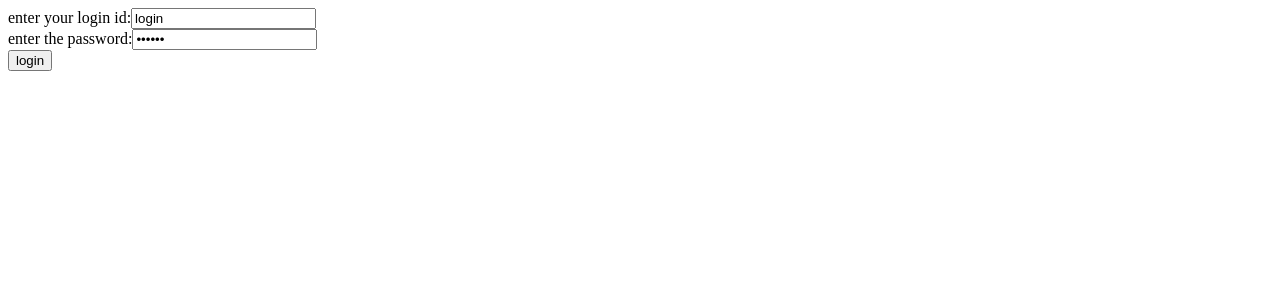
Repository: venkatasuryarameshbabu/palmetopractice
Page: webproject/WebContent/index.html
These files come from the project's save history. The page is drawn as it stood at one moment and after the next save; the edit follows.
The browser window is 1280 px wide. The pictures show the whole page.

Above is the page before, as saved 2020-02-05 12:27:13.

After the next save:
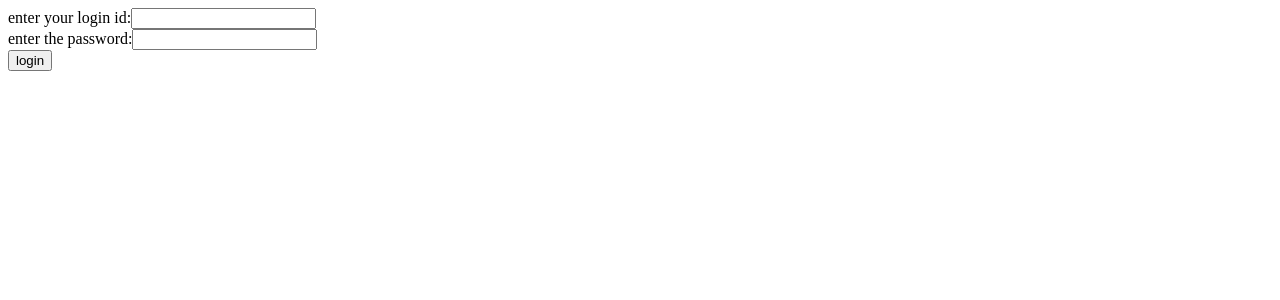
Saved 47 s later.
--- a/webproject/WebContent/index.html
+++ b/webproject/WebContent/index.html
@@ -6,8 +6,8 @@
 </head>
 <body>
 <form action="http://localhost:8081/webproject/loginservlet">
-enter your login id:<input type="text" value="login"></br>
-enter the password:<input type="password" value="psswrd"></br>
+enter your login id:<input type="text" name="login"></br>
+enter the password:<input type="password" name="psswrd"></br>
 <input type="submit" value="login">
 </form>
 
